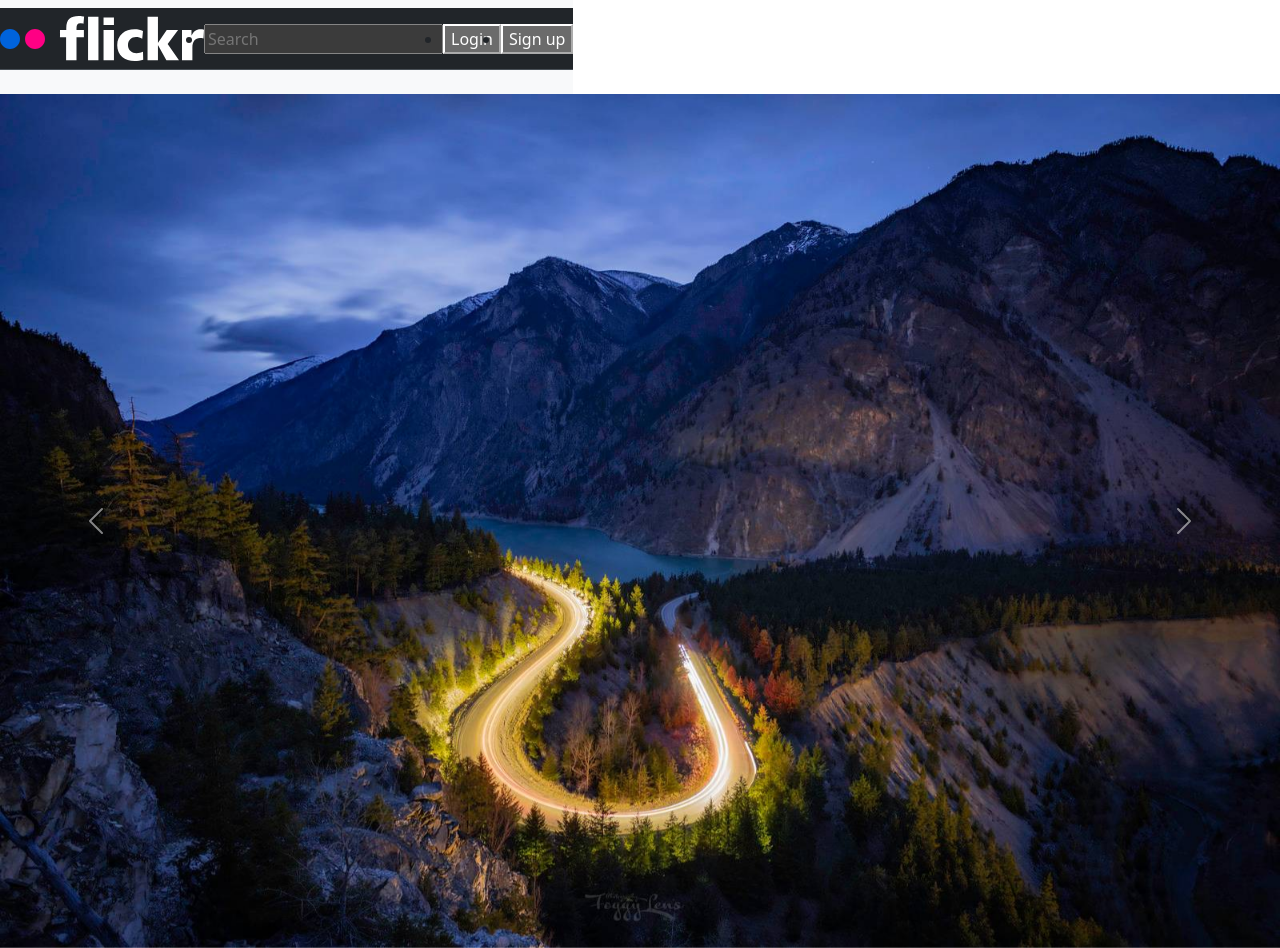
Repository: Alphosmart/LEVEL_1
Page: index.html
These files come from the project's save history. The page is drawn as it stood at one moment and after the next save; the edit follows.
The browser window is 1280 px wide. The pictures show the whole page.

Above is the page before, as saved 2024-06-03 09:08:28.

After the next save:
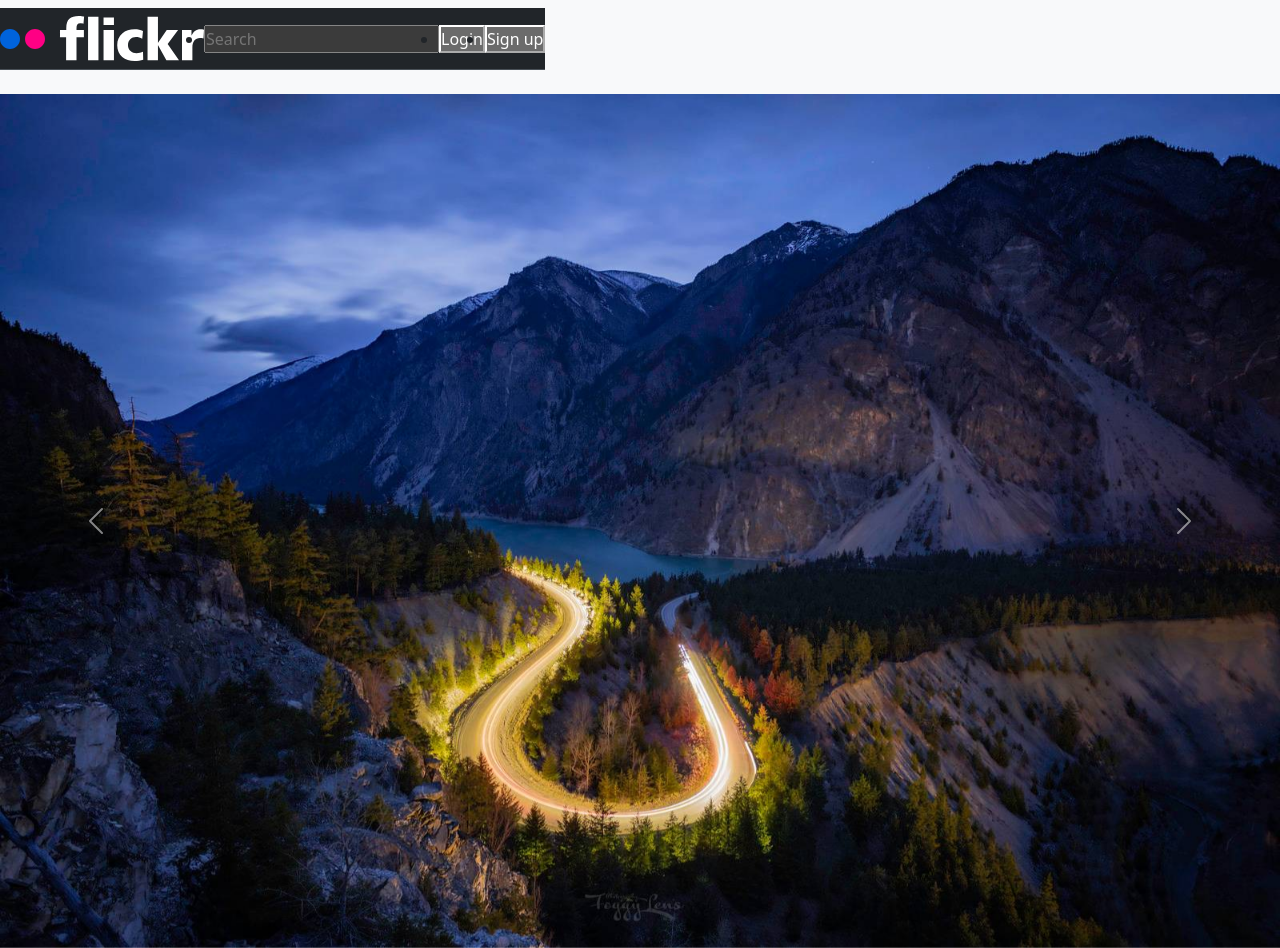
Saved 47 s later.
--- a/style.css
+++ b/style.css
@@ -1,5 +1,11 @@
-nav {
+* {
+  margin: 0;
+  padding: 0;
+  box-sizing: border-box;
+}
+
+/* nav {
   width: fit-content;
   display: flex;
   justify-content: right;
-}
+} */
